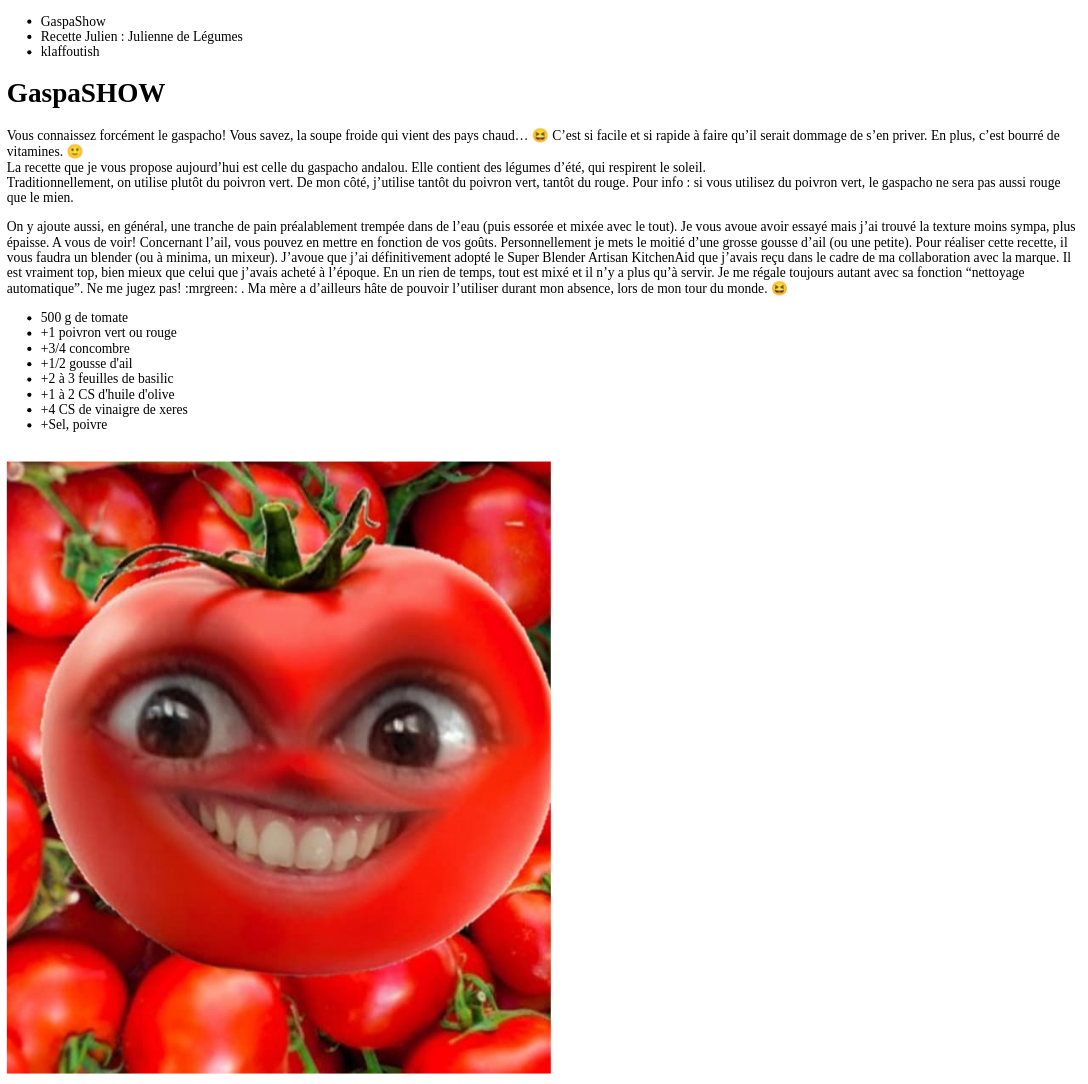
Repository: klevish/marmitonade.github.io
Page: gaspacho.html
An editor plug-in stored every save of this project. The page is shown before and after the next save, followed by the edit.
The browser window is 1280 px wide. The pictures show the whole page, at 85% of full size.

Above is the page before, as saved 2022-06-13 16:55:38.

### gaspacho.html
<!DOCTYPE html>
<html lang="en">
<head>
    <meta charset="UTF-8">
    <meta http-equiv="X-UA-Compatible" content="IE=edge">
    <meta name="viewport" content="width=device-width, initial-scale=1.0">
    <title>Document</title>
</head>
<body>
    <nav>
        <ul>

            <li href="gaspacho.html">GaspaShow</li>
            <li href="julienne_de_legumes.html">Recette Julien : Julienne de Légumes</li>
            <li href="klaffoutish.html">klaffoutish</li>
        </ul>
    </nav>
    <h1>GaspaSHOW</h1>
<p>
Vous connaissez forcément le gaspacho! Vous savez, la soupe froide qui vient des pays chaud…  😆 C’est si facile et si rapide à faire qu’il serait dommage de s’en priver. En plus, c’est bourré de vitamines. 🙂 <br>
La recette que je vous propose aujourd’hui est celle du gaspacho andalou. Elle contient des légumes d’été, qui respirent le soleil.<br>
Traditionnellement, on utilise plutôt du poivron vert. De mon côté, j’utilise tantôt du poivron vert, tantôt du rouge. Pour info : si vous utilisez du poivron vert, le gaspacho ne sera pas aussi rouge que le mien.
</p>
<p>
On y ajoute aussi, en général, une tranche de pain préalablement trempée dans de l’eau (puis essorée et mixée avec le tout). Je vous avoue avoir essayé mais j’ai trouvé la texture moins sympa, plus épaisse. A vous de voir! Concernant l’ail, vous pouvez en mettre en fonction de vos goûts. Personnellement je mets le moitié d’une grosse gousse d’ail (ou une petite).
Pour réaliser cette recette, il vous faudra un blender (ou à minima, un mixeur). J’avoue que j’ai définitivement adopté le Super Blender Artisan KitchenAid  que j’avais reçu dans le cadre de ma collaboration avec la marque. Il est vraiment top, bien mieux que celui que j’avais acheté à l’époque. En un rien de temps, tout est mixé et il n’y a plus qu’à servir. Je me régale toujours autant avec sa fonction “nettoyage automatique”. Ne me jugez pas! :mrgreen: . Ma mère a d’ailleurs hâte de pouvoir l’utiliser durant mon absence, lors de mon tour du monde.  😆
</p>
<ul>
    <li>500 g de tomate</li>
    <li>+1 poivron vert ou rouge</li>
    <li>+3/4 concombre</li>
    <li>+1/2 gousse d'ail</li>
    <li>+2 à 3 feuilles de basilic</li>
    <li>+1 à 2 CS d'huile d'olive</li>
    <li>+4 CS de vinaigre de xeres</li>
    <li>+Sel, poivre</li>
</ul>
<br>

<img src="image/showtomatoes.png" alt="">
</body>
</html>

After the next save:
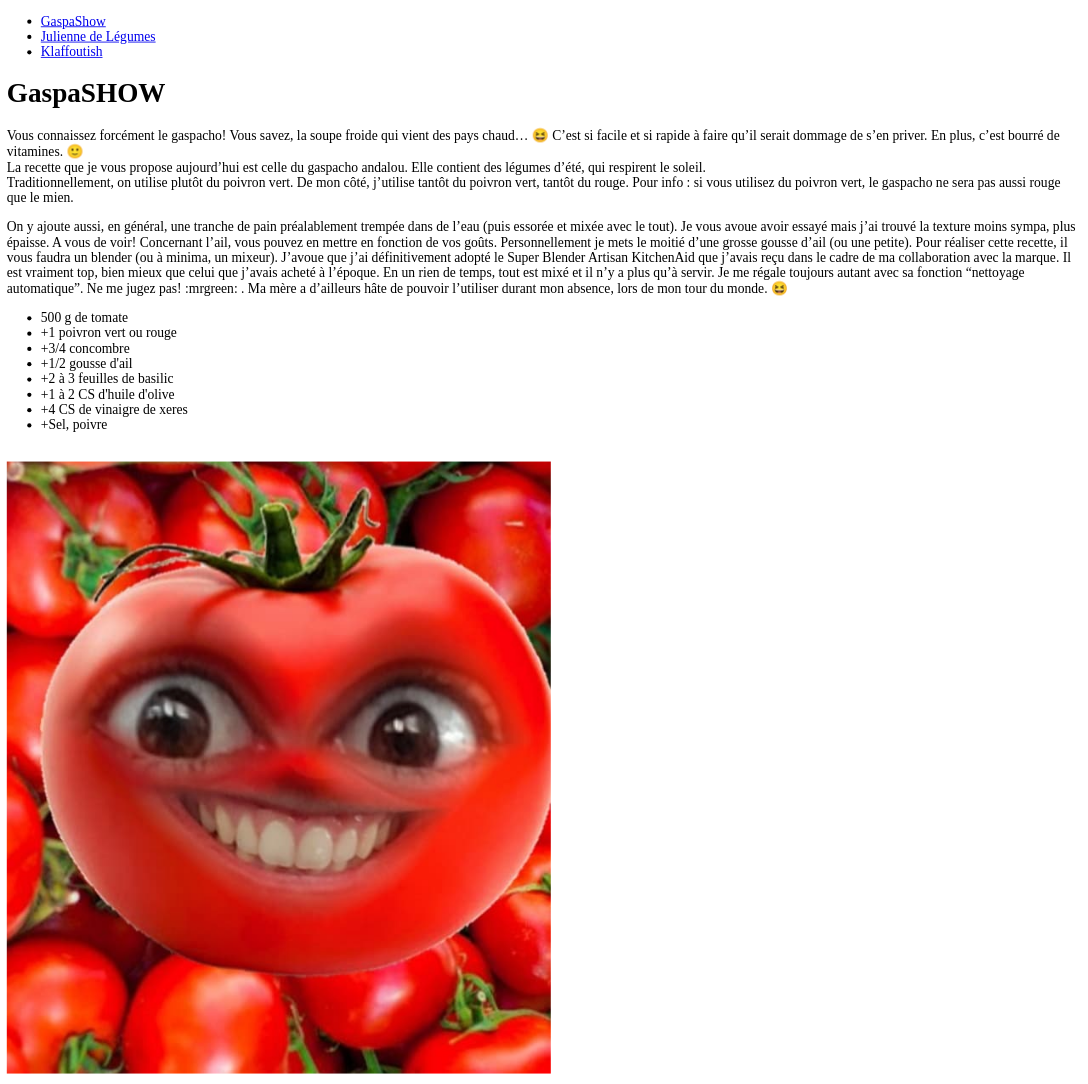
Saved 10 s later.
--- a/gaspacho.html
+++ b/gaspacho.html
@@ -1,42 +1,54 @@
 <!DOCTYPE html>
 <html lang="en">
+
 <head>
     <meta charset="UTF-8">
     <meta http-equiv="X-UA-Compatible" content="IE=edge">
     <meta name="viewport" content="width=device-width, initial-scale=1.0">
     <title>Document</title>
 </head>
+
 <body>
     <nav>
         <ul>
-
-            <li href="gaspacho.html">GaspaShow</li>
-            <li href="julienne_de_legumes.html">Recette Julien : Julienne de Légumes</li>
-            <li href="klaffoutish.html">klaffoutish</li>
+            <li><a href="gaspacho.html">GaspaShow</a></li>
+            <li><a href="julienne_de_legumes.html">Julienne de Légumes</a></li>
+            <li><a href="klaffoutish.html">Klaffoutish</a></li>
         </ul>
     </nav>
     <h1>GaspaSHOW</h1>
-<p>
-Vous connaissez forcément le gaspacho! Vous savez, la soupe froide qui vient des pays chaud…  😆 C’est si facile et si rapide à faire qu’il serait dommage de s’en priver. En plus, c’est bourré de vitamines. 🙂 <br>
-La recette que je vous propose aujourd’hui est celle du gaspacho andalou. Elle contient des légumes d’été, qui respirent le soleil.<br>
-Traditionnellement, on utilise plutôt du poivron vert. De mon côté, j’utilise tantôt du poivron vert, tantôt du rouge. Pour info : si vous utilisez du poivron vert, le gaspacho ne sera pas aussi rouge que le mien.
-</p>
-<p>
-On y ajoute aussi, en général, une tranche de pain préalablement trempée dans de l’eau (puis essorée et mixée avec le tout). Je vous avoue avoir essayé mais j’ai trouvé la texture moins sympa, plus épaisse. A vous de voir! Concernant l’ail, vous pouvez en mettre en fonction de vos goûts. Personnellement je mets le moitié d’une grosse gousse d’ail (ou une petite).
-Pour réaliser cette recette, il vous faudra un blender (ou à minima, un mixeur). J’avoue que j’ai définitivement adopté le Super Blender Artisan KitchenAid  que j’avais reçu dans le cadre de ma collaboration avec la marque. Il est vraiment top, bien mieux que celui que j’avais acheté à l’époque. En un rien de temps, tout est mixé et il n’y a plus qu’à servir. Je me régale toujours autant avec sa fonction “nettoyage automatique”. Ne me jugez pas! :mrgreen: . Ma mère a d’ailleurs hâte de pouvoir l’utiliser durant mon absence, lors de mon tour du monde.  😆
-</p>
-<ul>
-    <li>500 g de tomate</li>
-    <li>+1 poivron vert ou rouge</li>
-    <li>+3/4 concombre</li>
-    <li>+1/2 gousse d'ail</li>
-    <li>+2 à 3 feuilles de basilic</li>
-    <li>+1 à 2 CS d'huile d'olive</li>
-    <li>+4 CS de vinaigre de xeres</li>
-    <li>+Sel, poivre</li>
-</ul>
-<br>
+    <p>
+        Vous connaissez forcément le gaspacho! Vous savez, la soupe froide qui vient des pays chaud… 😆 C’est si facile
+        et si rapide à faire qu’il serait dommage de s’en priver. En plus, c’est bourré de vitamines. 🙂 <br>
+        La recette que je vous propose aujourd’hui est celle du gaspacho andalou. Elle contient des légumes d’été, qui
+        respirent le soleil.<br>
+        Traditionnellement, on utilise plutôt du poivron vert. De mon côté, j’utilise tantôt du poivron vert, tantôt du
+        rouge. Pour info : si vous utilisez du poivron vert, le gaspacho ne sera pas aussi rouge que le mien.
+    </p>
+    <p>
+        On y ajoute aussi, en général, une tranche de pain préalablement trempée dans de l’eau (puis essorée et mixée
+        avec le tout). Je vous avoue avoir essayé mais j’ai trouvé la texture moins sympa, plus épaisse. A vous de voir!
+        Concernant l’ail, vous pouvez en mettre en fonction de vos goûts. Personnellement je mets le moitié d’une grosse
+        gousse d’ail (ou une petite).
+        Pour réaliser cette recette, il vous faudra un blender (ou à minima, un mixeur). J’avoue que j’ai définitivement
+        adopté le Super Blender Artisan KitchenAid que j’avais reçu dans le cadre de ma collaboration avec la marque. Il
+        est vraiment top, bien mieux que celui que j’avais acheté à l’époque. En un rien de temps, tout est mixé et il
+        n’y a plus qu’à servir. Je me régale toujours autant avec sa fonction “nettoyage automatique”. Ne me jugez pas!
+        :mrgreen: . Ma mère a d’ailleurs hâte de pouvoir l’utiliser durant mon absence, lors de mon tour du monde. 😆
+    </p>
+    <ul>
+        <li>500 g de tomate</li>
+        <li>+1 poivron vert ou rouge</li>
+        <li>+3/4 concombre</li>
+        <li>+1/2 gousse d'ail</li>
+        <li>+2 à 3 feuilles de basilic</li>
+        <li>+1 à 2 CS d'huile d'olive</li>
+        <li>+4 CS de vinaigre de xeres</li>
+        <li>+Sel, poivre</li>
+    </ul>
+    <br>
 
-<img src="image/showtomatoes.png" alt="">
+    <img src="image/showtomatoes.png" alt="">
 </body>
+
 </html>
